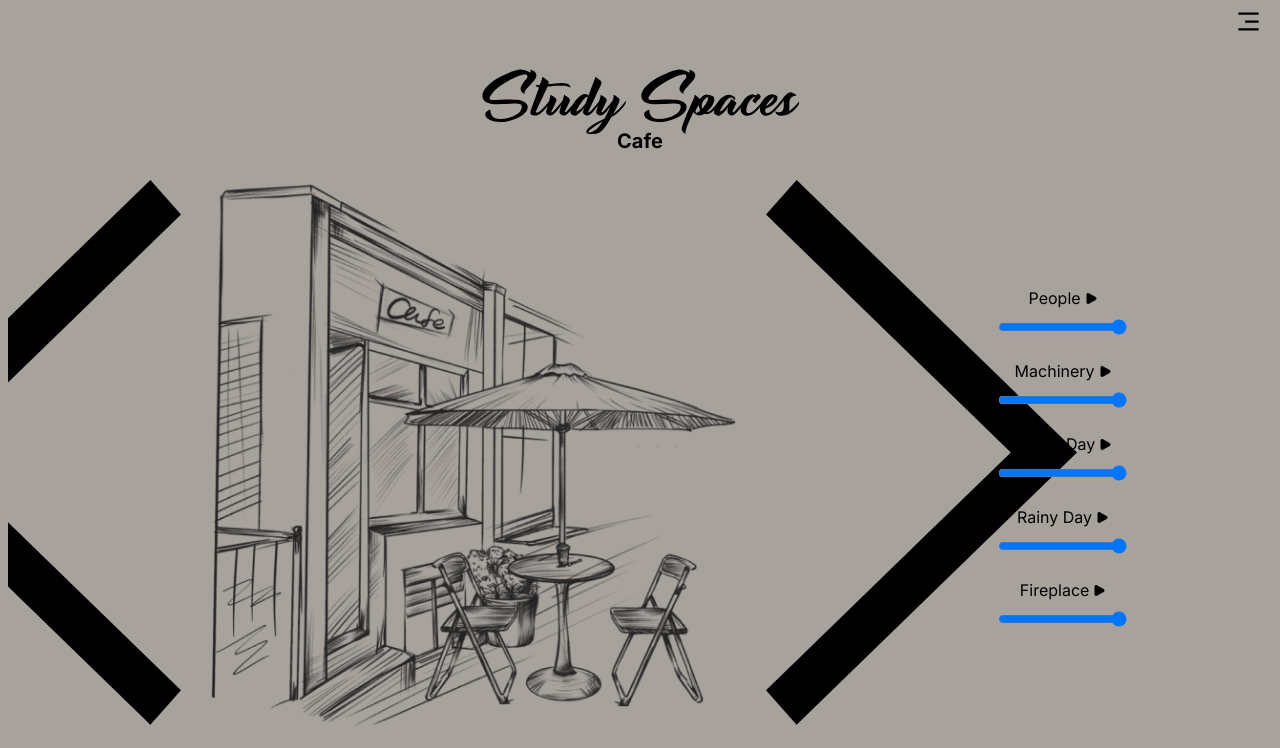
Repository: kaitlynlie/studyspaces
Page: / (app in studyspaces/)
These files come from the project's save history. The page is drawn as it stood at one moment and after the next save; the edit follows.
The browser window is 1280 px wide. The pictures show the whole page.
The project was rebuilt for these pictures with package versions that can differ from the ones it lists, and the page was loaded fresh each time. Also part of the build but not shown: studyspaces/vite.config.ts. Imported but missing from the stored project, and not drawn on this page: studyspaces/src/audio/fireplace.wav, studyspaces/src/audio/people.wav, studyspaces/src/audio/rain.wav, studyspaces/src/audio/softmachinery.mp3, studyspaces/src/audio/sun.wav.

Above is the page before, as saved 2023-09-28 23:57:50.

### studyspaces/index.html
<!DOCTYPE html>
<html lang="en">
  <head>
    <meta charset="UTF-8" />
    <link rel="icon" type="image/svg+xml" href="/vite.svg" />
    <meta name="viewport" content="width=device-width, initial-scale=1.0" />
    <title>Study Spaces</title>
  </head>
  <body>
    <div id="root"></div>
    <script type="module" src="/src/main.tsx"></script>
  </body>
</html>

### studyspaces/src/main.tsx
import React from 'react'
import ReactDOM from 'react-dom/client'
import App from './App'
import './index.scss'
import { BrowserRouter } from 'react-router-dom'

ReactDOM.createRoot(document.getElementById('root')!).render(
  <BrowserRouter>
    <App />
  </BrowserRouter>,
)

### studyspaces/src/App.tsx
import clsx from "clsx";
import { Route, Routes } from 'react-router-dom'
import React from "react";
import { Home } from "./pages/Home";
import { Navbar } from "./pages";

function App() {
  return (
    <>
      <div className={clsx("app", "w-full overflow-hidden")}>
          {/* <img
            src={tracks}
            alt='tracks'
            className={clsx(styles.tracks)}
          />  */}
        <Navbar />
        <Routes>
          <Route index path="/" element={<Home />} />
          {/* <Route path="about" element={<About />} />
          <Route path="membership" element={<Membership />} />
          <Route path="faq" element={<FAQ />} />
          <Route path="blog" element={<Blog />} />
          <Route path="careers" element={<Careers />} />
          <Route path='blog2' element={<Blog2 />} /> */}
      </Routes>
      </div>
    </>
  )
  }

export default App;

### studyspaces/src/index.scss
@import url("https://fonts.googleapis.com/css2?family=Inter:wght@400;500;600;700;800;900&display=swap");
// @import "./style/globals/general.scss";

@tailwind base;
@tailwind components;
@tailwind utilities;

:root {
  font-family: Inter;
  overflow-x: hidden;
}

@keyframes jump {
  0%, 100% {
    transform: translateY(0);
  }
  50% {
    transform: translateY(-20px);
  }
}

.jumping-word {
  display: inline-block;
  animation: jump 1s infinite;
}

### studyspaces/src/pages/Home.tsx
import styles from "./home.module.scss";
import clsx from "clsx";
import { title, coffee, leftarrow, rightarrow, play, pause } from "../assets";
import React, { ChangeEvent, useState, useRef } from 'react';
import { people, machinery, sunny, rainy, fire } from "../audio";
import { Navbar } from ".";
import { Link } from 'react-router-dom'
import { RiMenu3Line, RiCloseLine } from 'react-icons/ri';

export function Home() {
  const [sliderValues, setSliderValues] = useState({
    peopleVolumeSlider: 1,
    machVolumeSlider: 1,
    sunnyVolumeSlider: 1,
    rainyVolumeSlider: 1,
    fireVolumeSlider: 1,
  });

  const handleSliderChange = (event: ChangeEvent<HTMLInputElement>) => {
    const { id, value } = event.target;
    setSliderValues((prevValues) => ({
      ...prevValues,
      [id]: parseFloat(value),
    }));
  };

  const [isPlaying, setIsPlaying] = useState<AudioState>({});

  interface AudioState {
    [key: string]: boolean;
  }

  const handlePlayButtonClick = (audioId: string) => {
    setIsPlaying((prevState) => ({
      ...prevState,
      [audioId]: !prevState[audioId] || !prevState[audioId],
    }));
  };

  const [toggleMenu, setToggleMenu] = useState(false);
  const [nav, setNav] = useState(false);

  const openNav = () => {
    setNav(!nav);
  };

  return (
    <div className={clsx(styles.body)}>
        <section className={clsx(styles.home)}>
          <div className={clsx(styles.header)}>
            <div className={clsx(styles.studyspaces)}>
              <img src={title} className={clsx(styles.title)}/>
            </div>
          </div>
            <h4>Cafe</h4>
            <div className={clsx(styles.content)}>
              <div className={clsx(styles.hero)}>
                <img id="leftArrow" src={leftarrow} />
                <img src={coffee} className={clsx(styles.coffee)} />
                <img id="rightArrow" src={rightarrow} />
              </div>

              <div className={clsx(styles.audiolist)}>
                <div className={clsx(styles.audio)}>
                  <div className={clsx(styles.title)}>
                    <p>People</p>
                    <img
                      src={play}
                      width="11"
                      height="11"
                      id="peoplePlayButton"
                      onClick={() => handlePlayButtonClick("peopleAudioPlayer")}                    />
                  </div>
                  <audio id="peopleAudioPlayer">
                    <source src={people} type="audio/wav" />
                  </audio>
                  <input
                    type="range"
                    id="peopleVolumeSlider"
                    min={0}
                    max={1}
                    step={0.1}
                    value={sliderValues.peopleVolumeSlider}
                    onChange={handleSliderChange}
                  />
                </div>

                <div className={clsx(styles.audio)}>
                  <div className={clsx(styles.title)}>
                    <p>Machinery</p>
                    <img
                      src={play}
                      width="11"
                      height="11"
                      id="machPlayButton"
                      onClick={() => handlePlayButtonClick("machAudioPlayer")}
                    />
                  </div>
                  <audio id="machAudioPlayer">
                    <source src={machinery} type="audio/mp3" />
                  </audio>
                  <input
                    type="range"
                    id="machVolumeSlider"
                    min={0}
                    max={1}
                    step={0.1}
                    value={sliderValues.machVolumeSlider}
                    onChange={handleSliderChange}
                  />
                </div>

                <div className={clsx(styles.audio)}>
                  <div className={clsx(styles.title)}>
                    <p>Sunny Day</p>
                    <img
                      src={play}
                      width="11"
                      height="11"
                      id="sunnyPlayButton"
                      onClick={() => handlePlayButtonClick("sunnyAudioPlayer")}
                    />
                  </div>
                  <audio id="sunnyAudioPlayer">
                    <source src={sunny} type="audio/wav" />
                  </audio>
                  <input
                    type="range"
                    id="sunnyVolumeSlider"
                    min={0}
                    max={1}
                    step={0.1}
                    value={sliderValues.sunnyVolumeSlider}
                    onChange={handleSliderChange}
                  />
                </div>

                <div className={clsx(styles.audio)}>
                  <div className={clsx(styles.title)}>
                    <p>Rainy Day</p>
                    <img
                      src={play}
                      width="11"
                      height="11"
                      id="rainyPlayButton"
                      onClick={() => handlePlayButtonClick("rainyAudioPlayer")}
                    />
                  </div>
                  <audio id="rainyAudioPlayer">
                    <source src={rainy} type="audio/wav" />
                  </audio>
                  <input
                    type="range"
                    id="rainyVolumeSlider"
                    min={0}
                    max={1}
                    step={0.1}
                    value={sliderValues.rainyVolumeSlider}
                    onChange={handleSliderChange}
                  />
                </div>

                <div className={clsx(styles.audio)}>
                  <div className={clsx(styles.title)}>
                    <p>Fireplace</p>
                    <img
                      src={play}
                      width="11"
                      height="11"
                      id="firePlayButton"
                      onClick={() => handlePlayButtonClick("fireAudioPlayer")}
                    />
                  </div>
                  <audio id="fireAudioPlayer">
                    <source src={fire} type="audio/wav" />
                  </audio>
                  <input
                    type="range"
                    id="fireVolumeSlider"
                    min={0}
                    max={1}
                    step={0.1}
                    value={sliderValues.fireVolumeSlider}
                    onChange={handleSliderChange}
                  />
                </div>
              </div>
            </div>
        </section>
    </div>
  );
}

### studyspaces/src/pages/index.ts
import Navbar from "./Navbar";

export {
    Navbar
}

### studyspaces/src/pages/home.module.scss
body {
    background-color: rgb(168, 162, 157);
    section.home {
        padding: 10px;
        display: flex;
        flex-direction: column;
        justify-content: center;
        align-items: center;
        overflow-y: hidden;
        .header {
          display: flex;
          justify-content: space-between;
          align-items: center;
          .studyspaces {
            display: flex;
            justify-content: center;
            align-items: center;
            .title {
              margin-top: 20px;
            }
          }
          .toggle {
            margin-top: -20px;
            cursor: pointer;
            z-index: 10;
            display: flex;
            justify-content: flex-end;
            text-align: end;
            .box {
              display: flex;
              justify-content: flex-end;
              align-items: flex-end;
              flex-direction: column;
              text-align: end;
              background-color: #ffffffc9;
              padding: 30px;
              position: absolute;
              top: 40px;
              right: 10px;
              border-radius: 5px;
              box-shadow: 0 10px 20px 0 rgba(0, 0, 0, 0.5);
              z-index: 10;
              .dropdown {
                display: flex;
                justify-content: flex-end;
                align-items: flex-end;
                flex-direction: column;
                color: white;
                text-align: end;
                padding: 1px;
                li {
                  margin-top: 8px;
                  list-style-type: none;
                  text-decoration: none;
                  color: black;
                  a {
                    text-decoration: none;
                    color: black;
                  }
                }
              }
            }
          }
        }
        h4 {
            text-align: center;
            font-size: 20px;
            font-weight: 700;
            margin-top: -5px;
        }
        .content {
            display: flex;
            justify-content: space-between;
            gap: 200px;
            transition: gap 0.3s ease;
            // @media (max-width: 1089px) {
            //     gap: 50px;
            // }
            // @media (max-width: 919px) {
            //   flex-direction: column;
            // }
            .hero {
                display: flex;
                justify-content: center;
                gap: 30px;
                .coffee {
                    max-width: 550px;
                    max-height: 550px;
                    width: 100%;
                    height: 100%;
                    @media (max-width: 664px) {
                        max-width: 300px;
                        max-height: 300px;
                    }
                }
            }
            .audiolist {
                display: flex;
                flex-direction: column;
                align-items: center;
                justify-content: center;
                .audio {
                    display: flex;
                    flex-direction: column;
                    justify-content: center;
                    align-items: center;
                    .title {
                        display: flex;
                        flex-direction: row;
                        justify-content: center;
                        align-items: center;
                        gap: 5px;
                        img {
                            cursor: pointer;
                        }
                        .custom-range-slider {
                            appearance: none;
                            width: 100%;
                            height: 8px;
                            border-radius: 5px;
                            background-color: black;
                            outline: none;
                          }

                          .custom-range-slider::-webkit-slider-thumb {
                            appearance: none;
                            width: 16px;
                            height: 16px;
                            border-radius: 50%;
                            background-color: white;
                            cursor: pointer;
                          }

                          .custom-range-slider::-moz-range-thumb {
                            width: 16px;
                            height: 16px;
                            border-radius: 50%;
                            background-color: white;
                            cursor: pointer;
                          }

                          .custom-range-slider::-ms-thumb {
                            width: 16px;
                            height: 16px;
                            border-radius: 50%;
                            background-color: white;
                            cursor: pointer;
                          }
                        #peopleVolumeSlider {
                            -webkit-appearance: none;
                            appearance: none;
                            width: 100%;
                            height: 5px;
                            background-color: black; /* Set the default color of the track/bar */
                            outline: none;
                            position: relative;
                          }

                          #peopleVolumeSlider::-webkit-slider-thumb {
                            -webkit-appearance: none;
                            appearance: none;
                            width: 12px;
                            height: 12px;
                            background-color: black; /* Set the color of the slider thumb */
                            cursor: pointer;
                            border-radius: 50%;
                            position: relative;
                            z-index: 1;
                          }

                          #sunnyVolumeSlider {
                            -webkit-appearance: none;
                            appearance: none;
                            width: 100%;
                            height: 5px;
                            background-color: black; /* Set the default color of the track/bar */
                            outline: none;
                            position: relative;
                          }

                          #sunnyVolumeSlider::-webkit-slider-thumb {
                            -webkit-appearance: none;
                            appearance: none;
                            width: 12px;
                            height: 12px;
                            background-color: black; /* Set the color of the slider thumb */
                            cursor: pointer;
                            border-radius: 50%;
                            position: relative;
                            z-index: 1;
                          }

                          #rainyVolumeSlider {
                            -webkit-appearance: none;
                            appearance: none;
                            width: 100%;
                            height: 5px;
                            background-color: black; /* Set the default color of the track/bar */
                            outline: none;
                            position: relative;
                          }

                          #rainyVolumeSlider::-webkit-slider-thumb {
                            -webkit-appearance: none;
                            appearance: none;
                            width: 12px;
                            height: 12px;
                            background-color: black; /* Set the color of the slider thumb */
                            cursor: pointer;
                            border-radius: 50%;
                            position: relative;
                            z-index: 1;
                          }

                          #machVolumeSlider {
                            -webkit-appearance: none;
                            appearance: none;
                            width: 100%;
                            height: 5px;
                            background-color: black; /* Set the default color of the track/bar */
                            outline: none;
                            position: relative;
                          }

                          #machVolumeSlider::-webkit-slider-thumb {
                            -webkit-appearance: none;
                            appearance: none;
                            width: 12px;
                            height: 12px;
                            background-color: black; /* Set the color of the slider thumb */
                            cursor: pointer;
                            border-radius: 50%;
                            position: relative;
                            z-index: 1;
                          }

                          #fireVolumeSlider {
                            -webkit-appearance: none;
                            appearance: none;
                            width: 100%;
                            height: 5px;
                            background-color: black; /* Set the default color of the track/bar */
                            outline: none;
                            position: relative;
                          }

                          #fireVolumeSlider::-webkit-slider-thumb {
                            -webkit-appearance: none;
                            appearance: none;
                            width: 12px;
                            height: 12px;
                            background-color: black; /* Set the color of the slider thumb */
                            cursor: pointer;
                            border-radius: 50%;
                            position: relative;
                            z-index: 1;
                          }
                    }
                    input {
                        margin-top: -5px;
                        margin-bottom: 10px
                    }
                }
            }
        }
    }
}

### studyspaces/src/assets/index.ts
import title from './title.svg'
import coffee from './coffee.png'
import leftarrow from './leftarrow.svg'
import rightarrow from './rightarrow.svg'
import play from './play.svg'
import pause from './pause.svg'

export {
    title,
    coffee,
    leftarrow,
    rightarrow,
    play,
    pause
}

### studyspaces/src/audio/index.ts
import people from './people.wav'
import machinery from './softmachinery.mp3'
import sunny from './sun.wav'
import rainy from './rain.wav'
import fire from './fireplace.wav'

export {
    people,
    machinery,
    sunny,
    rainy,
    fire
}

### studyspaces/src/pages/Navbar.tsx
import React from 'react'
import styles from './Navbar.module.scss'
import clsx from 'clsx'
import { title } from '../assets'
import { Link } from 'react-router-dom'
import { useState } from 'react'
import { RiMenu3Line, RiCloseLine } from 'react-icons/ri';

const Navbar = () => {
  const [toggleMenu, setToggleMenu] = useState(false);
  const [nav, setNav] = useState(false);

  const openNav = () => {
    setNav(!nav);
  };

  return (
    <nav className={clsx(styles.navbar)}>
    <div className={clsx(styles.toggle)}>
        {toggleMenu
          ? <RiCloseLine color="#000" size={27} onClick={() => setToggleMenu(false)} />
          : <RiMenu3Line color="#000" size={27} onClick={() => setToggleMenu(true)} />}
        {toggleMenu && (
        <div className={clsx(styles.box)}>
          <div className="none">
            <ul className={clsx(styles.dropdown)}>
            <Link onClick={openNav} to='/'><li><a>Home</a></li></Link>
            <Link onClick={openNav} to='/about'><li><a>About</a></li></Link>
            <Link onClick={openNav} to='/membership'><li><a>Todo</a></li></Link>
            <Link onClick={openNav} to='/faq'><li><a>Timer</a></li></Link>
            </ul>
          </div>
        </div>
        )}
        </div>
  </nav>
  )
}

export default Navbar

### studyspaces/src/pages/Navbar.module.scss
nav.navbar {
  display: flex;
  flex-direction: row;
  align-items: center;
  justify-content: flex-end;
  .toggle {
      color: black;
      z-index: 10;
      margin-right: 10px;
      .dropdown {
          margin-top: 1rem;
          display: flex;
          justify-content: flex-end;
          align-items: flex-end;
          text-align: flex-end;
          background-color: rgba(255, 255, 255, 0.918);
          position: absolute;
          top: 50px;
          right: 10px;
          border-radius: 5px;
          z-index: 10;
          ul {
              display: flex;
              justify-content: flex-end;
              align-items: flex-end;
              flex-direction: column;
              color: black;
              text-align: end;
              padding: 1rem 2rem;
              a {
                  color: black;
                  z-index: 11;
                  align-self: flex-end;
                  margin-right: auto;
              }
          }
      }
  }
}

After the next save:
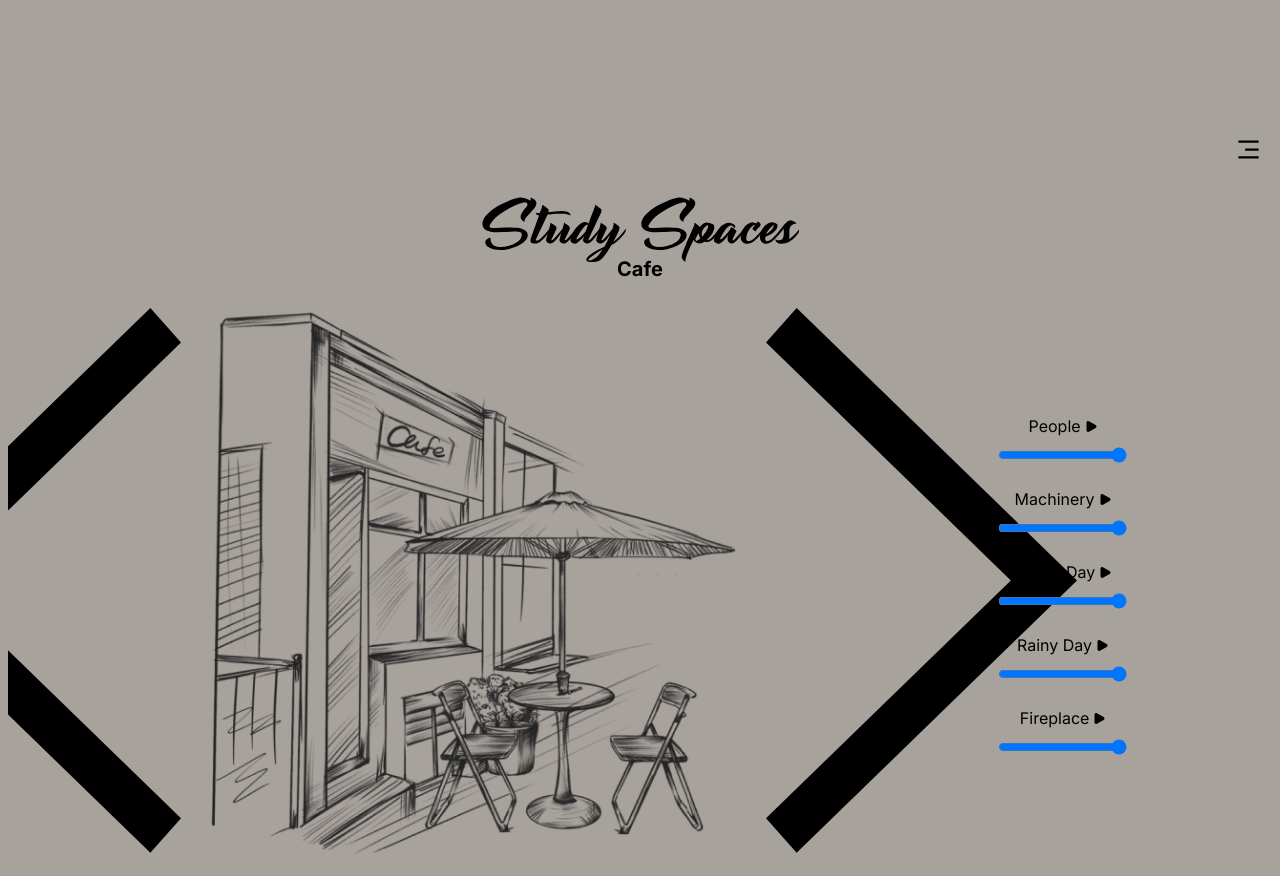
Saved 4 s later.
--- a/studyspaces/src/pages/Navbar.module.scss
+++ b/studyspaces/src/pages/Navbar.module.scss
@@ -1,4 +1,5 @@
 nav.navbar {
+  margin-top: 136px;
   display: flex;
   flex-direction: row;
   align-items: center;
